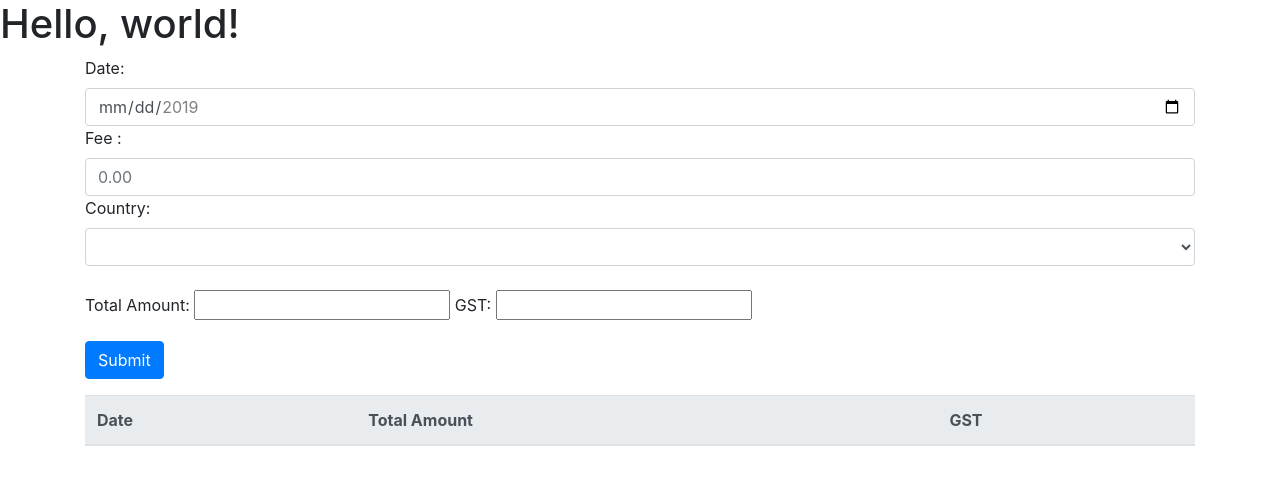
Repository: yucheng91/feesubmissionform
Page: http://localhost/
The author's editor kept a record of every edit. The page is drawn from the files as they stood at one moment, then again after the next edit.
The browser window is 1280 px wide. The pictures show the whole page.
The page is served by the project's application, run on Flask 3 (app.py). Queries for data that is not in the repository find no rows.

Above is the page before.

After the next edit:
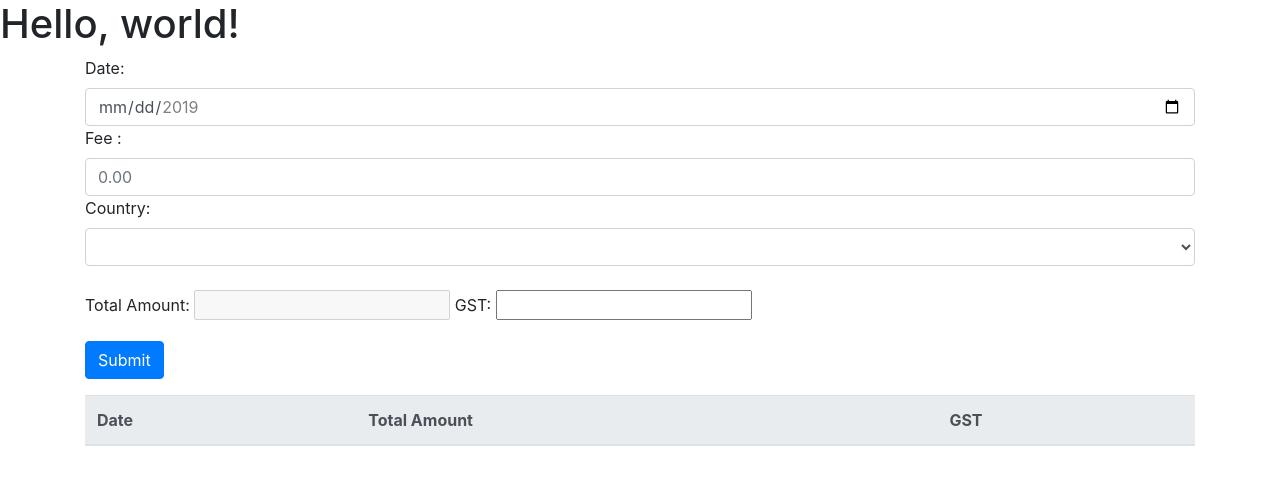
The edit:
--- a/templates/index.html
+++ b/templates/index.html
@@ -40,7 +40,7 @@
                 <label class='label' >
                   Total Amount:
                 </label>
-                <input type="number" name="totalfee">
+                <input type="number" name="totalfee" disabled>
                 <label class='label' >
                   GST:
                 </label>
